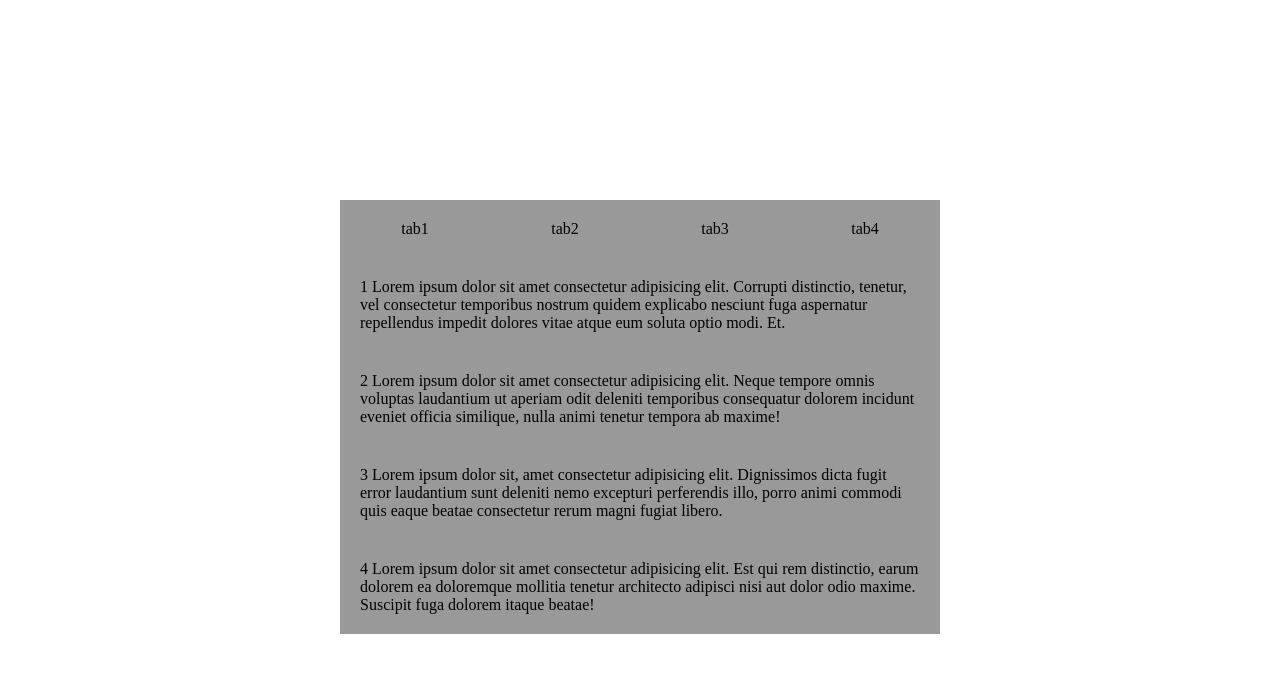
Repository: PCTai/javascript-coban
Page: tab UI/index.html
An editor plug-in stored every save of this project. The page is shown before and after the next save, followed by the edit.
The browser window is 1280 px wide. The pictures show the whole page.

Above is the page before, as saved 2022-02-09 16:52:58.

After the next save:
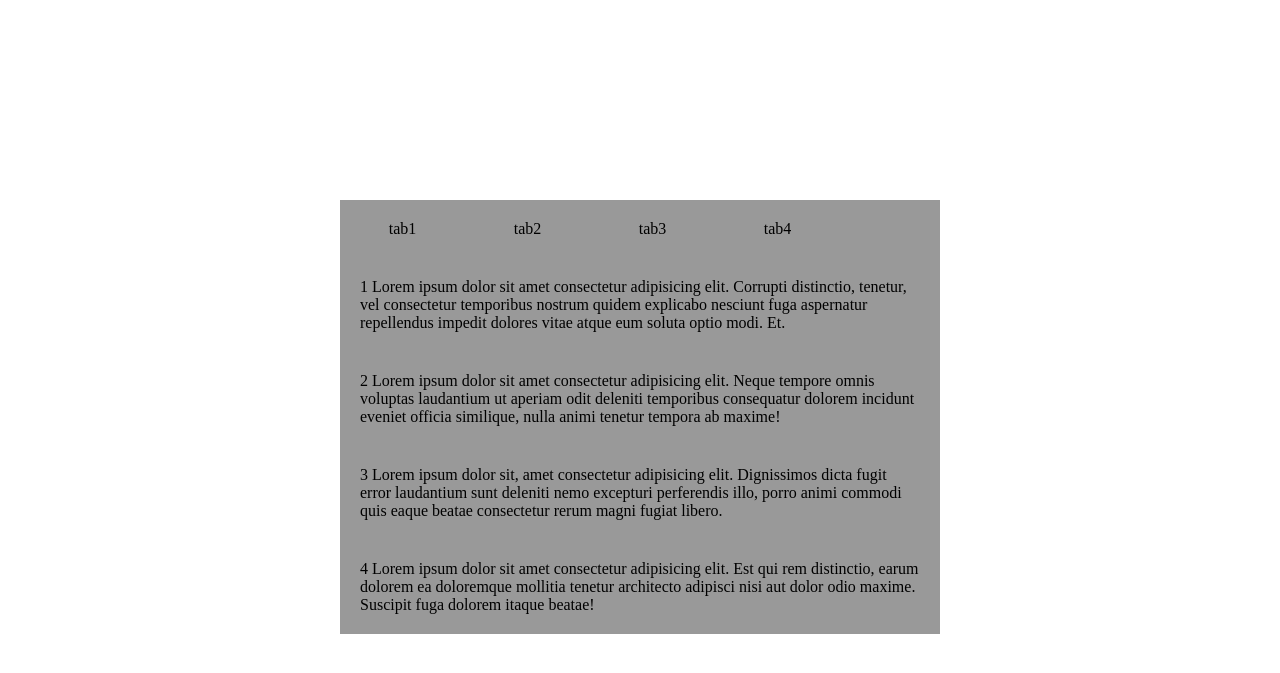
Saved 8 s later.
--- a/tab UI/style.css
+++ b/tab UI/style.css
@@ -19,7 +19,7 @@
 
 }
 .tab-line{
-    width: 0;
+    width: 100px;
     height: 5px;
     left: 0;
     color: #666
